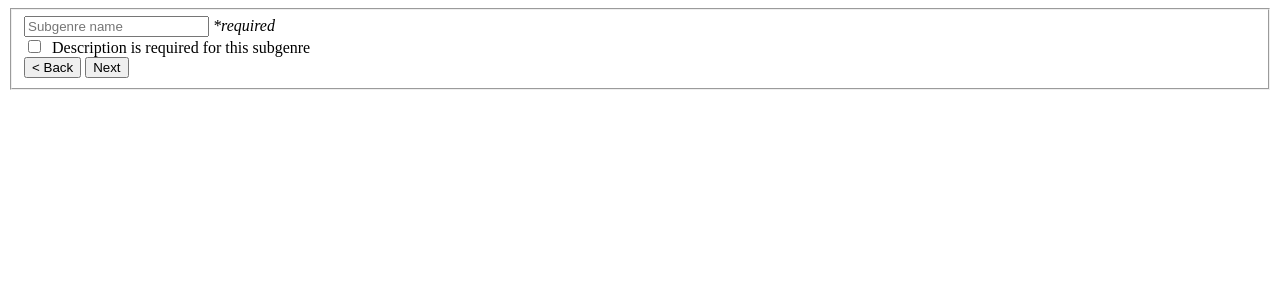
Repository: GregorPiev/angularjs-add-book
Page: app/add-subgenre/component/add-subgenre.template.html
The author's editor kept a copy of each file at every save. The page is drawn from the files as they stood at one save, then again after the next save.
The browser window is 1280 px wide. The pictures show the whole page.

Above is the page before, as saved 2020-10-05 14:42:50.

After the next save:
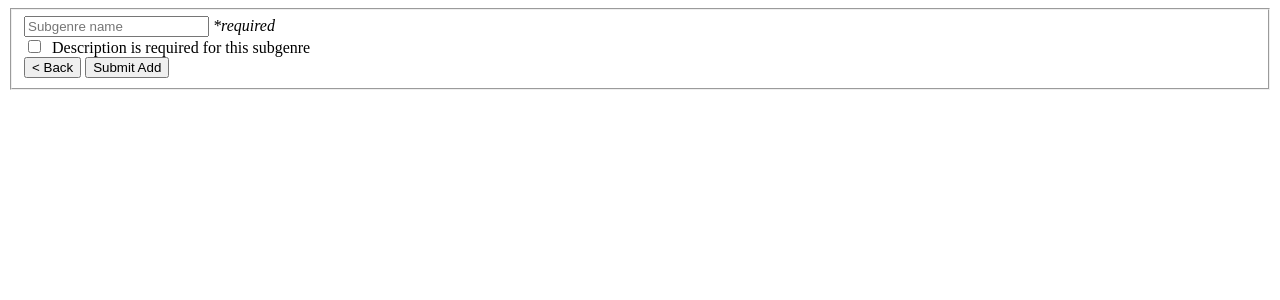
Saved 3 min 14 s later.
--- a/app/add-subgenre/component/add-subgenre.template.html
+++ b/app/add-subgenre/component/add-subgenre.template.html
@@ -45,7 +45,7 @@
 				ng-disabled="!myForm.$valid"
 				ng-click="saveVal();"
 			>
-				Next
+				Submit Add
 			</button>
 		</div>
 	</fieldset>
